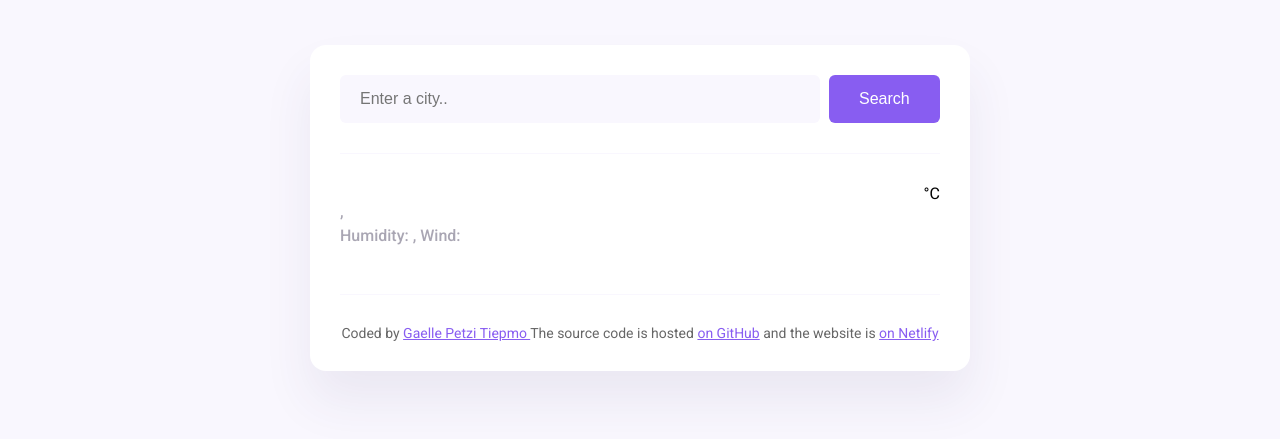
Repository: OnwardForward/meteo.by.gaelle
Page: meteo.appbygaelle.html
These files come from the project's save history. The page is drawn as it stood at one moment and after a run of saves; the edit follows.
The browser window is 1280 px wide. The pictures show the whole page.
The page's requests for data from a server got no answer. Some web libraries are served in a nearby version.

Above is the page before, as saved 2024-04-22 18:30:49.
Console error: TypeError: Cannot set properties of null (setting 'innerHTML')

### meteo.appbygaelle.html
<!DOCTYPE html>
<html lang="en">
  <head>
    <meta charset="UTF-8" />
    <meta name="viewport" content="width=device-width, initial-scale=1.0" />
    <link rel="preconnect" href="https://fonts.googleapis.com" />
    <link rel="preconnect" href="https://fonts.gstatic.com" crossorigin />
    <link
      href="https://fonts.googleapis.com/css2?family=Roboto:ital,wght@0,100;0,300;0,400;0,500;0,700;0,900;1,100;1,300;1,400;1,500;1,700;1,900&display=swap"
      rel="stylesheet"
    />
    <link rel="stylesheet" href="src\styles.css" />
    <script src="https://cdn.jsdelivr.net/npm/axios@1.1.2/dist/axios.min.js"></script>
    <title>Meteo App</title>
  </head>
  <body>
    <div class="weather-app">
      <header>
        <form class="search-form" id="search-form">
          <input
            type="search"
            placeholder="Enter a city.."
            required
            id="search-form-input"
            class="search-form-input"
          />
          <input type="submit" value="Search" class="search-form-button" />
        </form>
      </header>
      <main>
        <div class="weather-app-data">
          <div>
            <h1 class="weather-app-city" id="city"></h1>
            <p class="weather-app-details">
              <span id="time"></span>,
              <span id="description"></span>
              <br />
              Humidity: <strong id="humidity"></strong>, Wind:
              <strong id="wind-speed"></strong>
            </p>
          </div>
          <div class="weather-app-temperature-container">
            <div id="icon"></div>
            <div class="weather-app-temperature" id="temperature"></div>
            <div class="weatehr-app-unit">°C</div>
          </div>
        </div>
        <div></div>
      </main>

      <footer>
        Coded by <a href="https://github.com/OnwardForward" target="_blank"> Gaelle Petzi Tiepmo </a>
        The source code is hosted <a href="https://github.com/OnwardForward/meteo.by.gaelle" target="_blank">on GitHub</a>
        and the website is <a href="https://meteo-by-gaellept.netlify.app" target="_blank"> on Netlify</a>

      </footer>
    </div>
    <script src="src/index.js"></script>
  </body>
</html>

### src/styles.css
body {
  background-color: #f9f7fe;
  font-family: "Roboto", sans-serif;
}

a {
  color: #885df1;
}

.weather-app {
  background: white;
  max-width: 600px;
  margin: 45px auto;
  box-shadow: 0 30px 50px rgba(65, 50, 100, 0.08);
  border-radius: 16px;
  padding: 30px;
}

header {
  border-bottom: 1px solid #f9f7fe;
  padding: 0 0 30px 0;
}

.search-form-input {
  background-color: #f9f7fe;
  border: none;
  border-radius: 6px;
  width: 80%;
  font-size: 16px;
  padding: 15px 20px;
}

.search-form-button {
  background: #885df1;
  padding: 15px 30px;
  border: none;
  font-size: 16px;
  margin-left: 5px;
  border-radius: 6px;
  color: white;
}

main {
  padding: 30px 0;
}

.weather-app-data {
  display: flex;
  justify-content: space-between;
}

.weather-app-city {
  margin: 0;
  font-size: 38px;
  line-height: 48px;
}

.weather-app-details {
  font-size: 16px;
  color: rgba(39, 33, 66, 0.4);
  line-height: 24px;
  font-weight: 500;
}

.weather-app-details strong {
  color: #f65282;
}

.weather-app-temperature-container {
  display: flex;
}

.weather-app-icon {
  width: 88px;
  height: 88px;
}

.weather-app-temperature {
  font-size: 88px;
  line-height: 88px;
  font-weight: bold;
}

.weather-app-unit {
  margin-top: 6px;
  font-size: 28px;
}

footer {
  border-top: 1px solid #f9f7fe;
  padding: 30px 0 0 0;
  text-align: center;
  font-size: 14px;
  color: rgba(0, 0, 0, 0.6);
}

### src/index.js
function refreshWeather(response) {
  let temperatureElement = document.querySelector("#temperature");
  let temperature = response.data.temperature.current;
  let cityElement = document.querySelector("#city");
  let descriptionElement = document.querySelector("#description");
  let humidityElement = document.querySelector("#humidity");
  let windSpeedElement = document.querySelector("#wind-speed");
  let timeElement = document.querySelector("#time");
  let date = new Date(response.data.time * 1000);
  let iconElement = document.querySelector("#icon");

  cityElement.innerHTML = response.data.city;
  timeElement.innerHTML = formatDate(date);
  descriptionElement.innerHTML = response.data.condition.description;
  humidityElement.innerHTML = `${response.data.temperature.humidity}%`;
  windSpeedElement.innerHTML = `${response.data.wind.speed}km/h`;
  temperatureElement.innerHTML = Math.round(temperature);
  iconElement.innerHTML = `<img src="${response.data.condition.icon_url}" class="weather-app-icon" />`;
}

function formatDate(date) {
  let minutes = date.getMinutes();
  let hours = date.getHours();
  let days = [
    "Sunday",
    "Monday",
    "Tuesday",
    "Wednesday",
    "Thursday",
    "Friday",
    "Saturday",
  ];
  let day = days[date.getDay()];

  if (minutes < 10) {
    minutes = `0${minutes}`;
  }

  return `${day} ${hours}:${minutes}`;
}

function searchCity(city) {
  let apiKey = "b2a5adcct04b33178913oc335f405433";
  let apiUrl = `https://api.shecodes.io/weather/v1/current?query=${city}&key=${apiKey}`;
  axios.get(apiUrl).then(refreshWeather);
}

function handleSearchSubmit(event) {
  event.preventDefault();
  let searchInput = document.querySelector("#search-form-input");

  searchCity(searchInput.value);
}

function displayForecast() {
  let days = ["Tue", "Wed", "Thu", "Fri", "Sat"];
  let forecastHtml = "";

  days.forEach(function (day) {
    forecastHtml =
      forecastHtml +
      `
      <div class="weather-forecast-day">
        <div class="weather-forecast-date">${day}</div>
        <div class="weather-forecast-icon">🌤️</div>
        <div class="weather-forecast-temperatures">
          <div class="weather-forecast-temperature">
            <strong>15º</strong>
          </div>
          <div class="weather-forecast-temperature">9º</div>
        </div>
      </div>
    `;
  });

  let forecastElement = document.querySelector("#forecast");
  forecastElement.innerHTML = forecastHtml;
}

let searchFormElement = document.querySelector("#search-form");
searchFormElement.addEventListener("submit", handleSearchSubmit);

searchCity("Houston");
displayForecast();

After the next 3 saves:
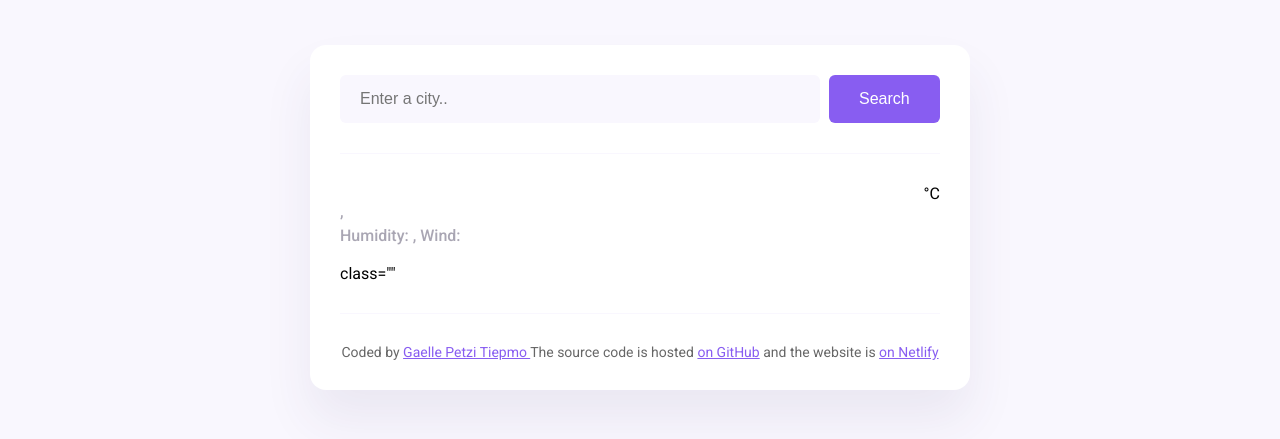
The 3 saves are shown as one change because they came seconds apart.
The last was saved 8 s later.
--- a/meteo.appbygaelle.html
+++ b/meteo.appbygaelle.html
@@ -45,7 +45,7 @@
             <div class="weatehr-app-unit">°C</div>
           </div>
         </div>
-        <div></div>
+        <div> class=""</div>
       </main>
 
       <footer>
